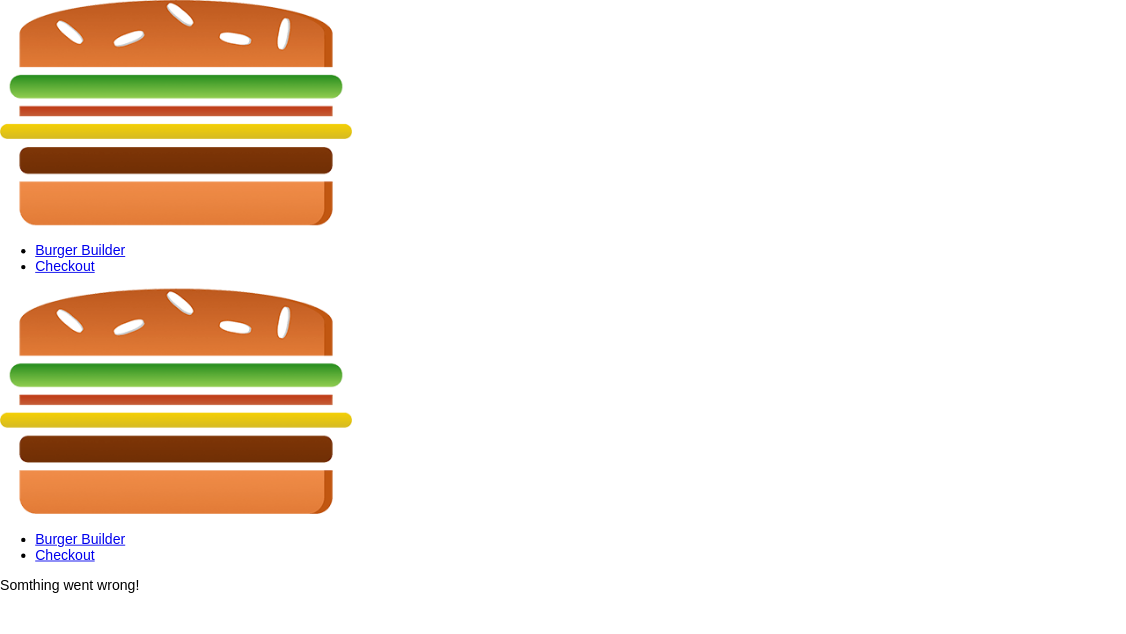
Repository: nidhi-abrol-sethi/react-burger-builder
Page: /
The author's editor kept a copy of each file at every save. The page is drawn from the files as they stood at one save, then again after the next save.
The browser window is 1280 px wide. The pictures show the whole page, at 88% of full size.
The project was rebuilt for these pictures with package versions that can differ from the ones it lists, and the page was loaded fresh each time. Also part of the build but not shown: src/hoc/Layout/Layout.css, src/components/Navigation/Toolbar/Toolbar.css, src/components/Logo/Logo.css, src/components/Navigation/NavigationItems/NavigationItems.css, src/components/Navigation/NavigationItem/NavigationItem.css, src/components/Navigation/SideDrawer/DrawerToggle/DrawerToggle.css, src/components/UI/Backdrop/Backdrop.css, src/components/Navigation/SideDrawer/SideDrawer.css and 8 more.

Above is the page before, as saved 2020-05-05 22:44:25.

After the next save:
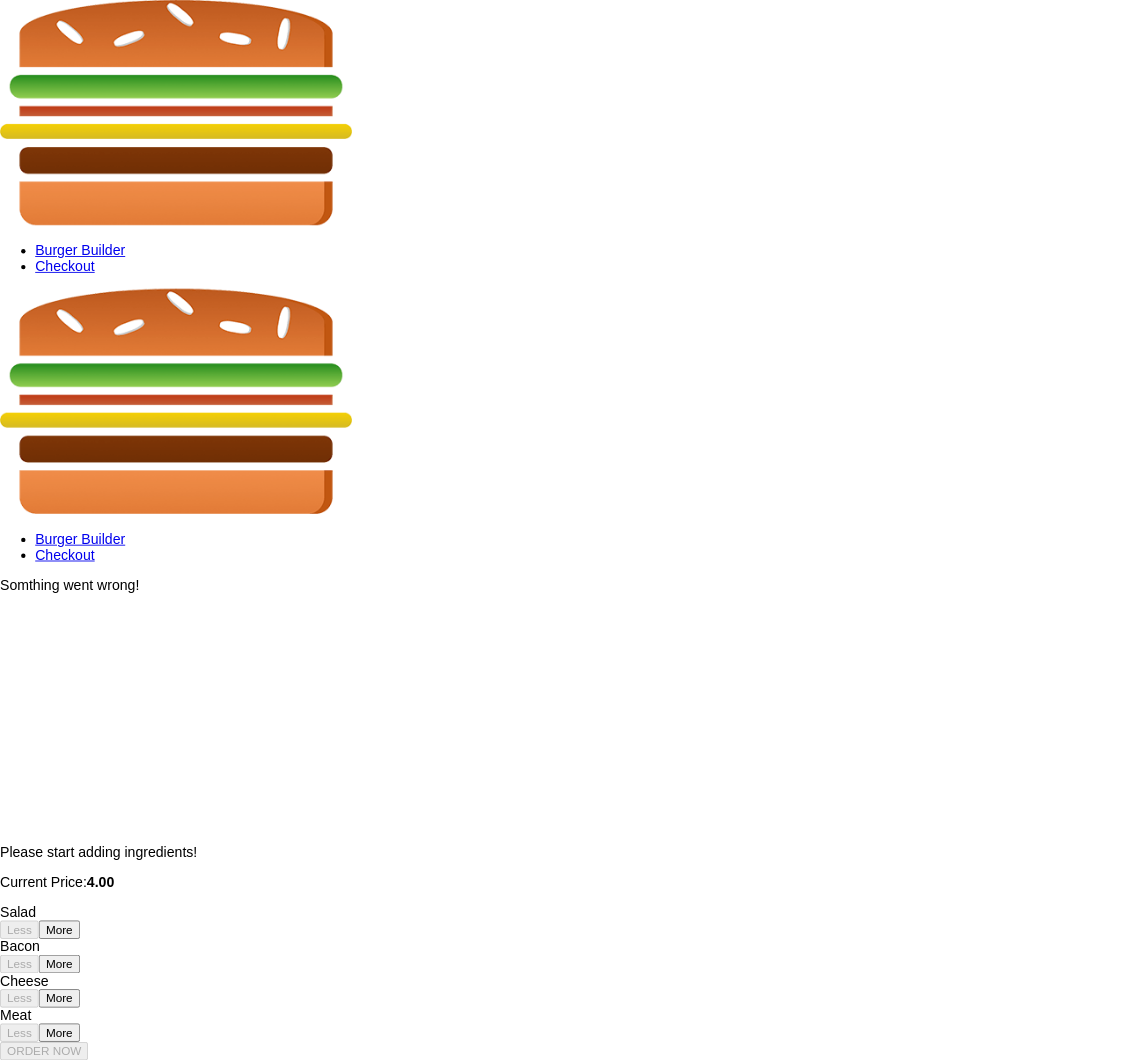
Saved 2 min 10 s later.
--- a/src/hoc/WithErrorHandler/WithErrorHandler.js
+++ b/src/hoc/WithErrorHandler/WithErrorHandler.js
@@ -7,7 +7,7 @@ const withErrorHandler = WrappedComponent => {
     return (
       <Aux>
         <Modal show>Somthing went wrong!</Modal>
-        <wrappedComponent {...props} />
+        <WrappedComponent {...props} />
       </Aux>
     );
   };
